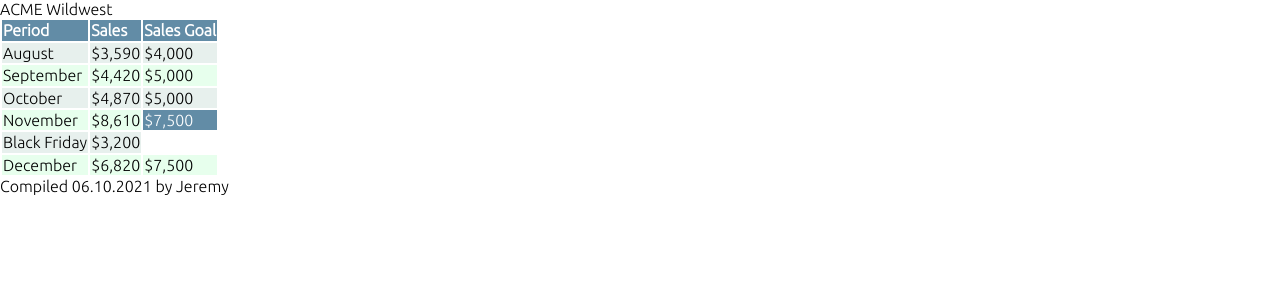
Repository: jknudsen97/jknudsen97.github.io
Page: W08 Activity/tablebuild.html
An editor plug-in stored every save of this project. The page is shown before and after the next save, followed by the edit.
The browser window is 1280 px wide. The pictures show the whole page.

Above is the page before, as saved 2021-06-10 14:36:55.

After the next save:
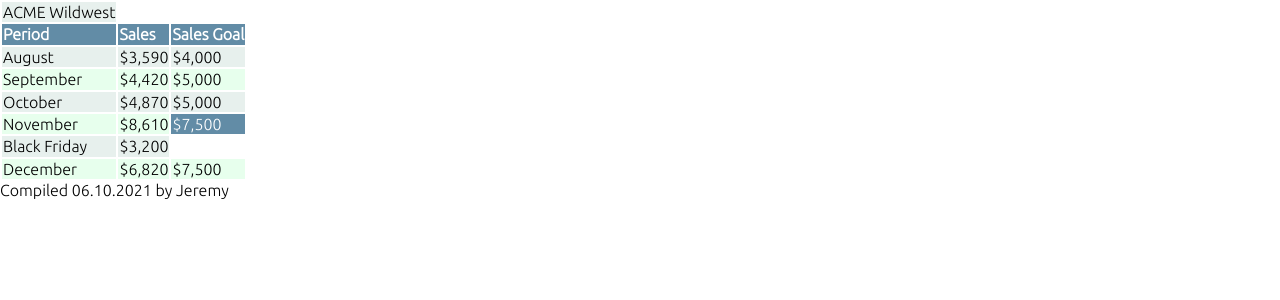
Saved 2 min 46 s later.
--- a/W08 Activity/tablebuild.html
+++ b/W08 Activity/tablebuild.html
@@ -12,7 +12,13 @@
 </head>
     <body>
         <table>
-            <thead>ACME Wildwest</thead>
+            <thead>
+                <tr>
+                    <td>
+                        ACME Wildwest
+                    </td>
+                </tr>
+            </thead>
             <tbody>
             <tr class="unique">
                 <td>Period</td>
